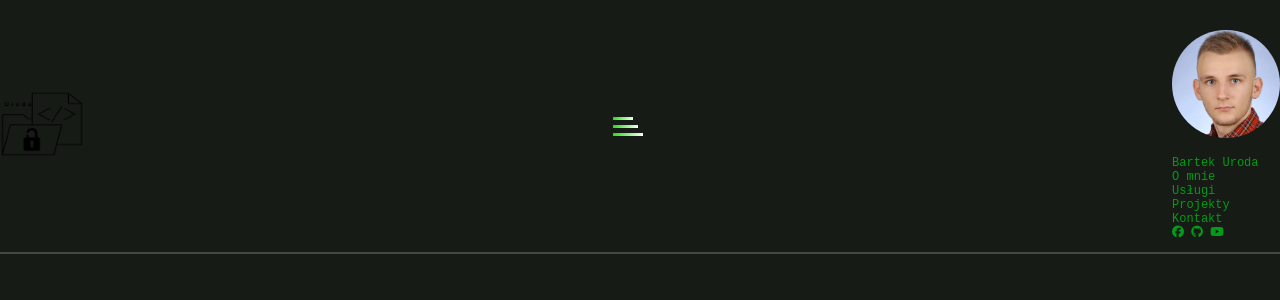
Repository: BartekUroda/portfolio
Page: index.html
An editor plug-in stored every save of this project. The page is shown before and after the next save, followed by the edit.
The browser window is 1280 px wide. The pictures show the whole page.
Some web fonts or font styles are not loaded; a fallback is used. Some web libraries are served in a nearby version.

Above is the page before, as saved 2020-10-26 21:17:05.

### index.html
<!DOCTYPE html>
<html lang="en">
<head>
    <meta charset="UTF-8">
    <meta name="viewport" content="width=device-width, initial-scale=1.0">
    <title>Portfolio-Bartek Uroda</title>
    <link rel="stylesheet" type="text/css" href="css/style.css">
    <script src="js/script.js"></script>
    <link href="https://fonts.googleapis.com/css2?family=Poppins&sfamily=Share+Tech+Mono&display=swap" rel="stylesheet">
    <script src="https://kit.fontawesome.com/056e5c10dc.js" crossorigin="anonymous"></script>
    <link rel="shortcut icon" type="image/x-icon" href="images/favicon.ico" />
</head>
 <body>
    <header>
        <div class="container">
            <nav>
                <div class="nav-brand">
                    <a href="index.html">
                        <img src="images/logo.png" alt="Uroda">
                    </a>
                </div>
                <div class="burger-menu-icon">
                    <div class="line1"></div>
                    <div class="line2"></div>
                    <div class="line3"></div>
                </div>
                <ul class="nav-list">
                    <li class="nav-item">
                      <a href="#landing-page">
                        <img
                          src="images/profile.jpeg"
                          alt="Bartek Uroda"
                          class="profile-pic nav-link"
                        >
                        <span class="caption nav-link">Bartek Uroda</span>
                      </a>
                    </li>
                    <li class="nav-item">
                      <a href="#about" class="nav-link">O mnie</a>
                    </li>
                    <li class="nav-item">
                      <a href="#services" class="nav-link">Usługi</a>
                    </li>
                    <li class="nav-item">
                      <a href="#projects" class="nav-link">Projekty</a>
                    </li>
                    <li class="nav-item">
                      <a href="#contact" class="nav-link">Kontakt</a>
                    </li>
                    <li class="nav-item">
                      <a href="https://www.facebook.com/bartlomiej.uroda.3" target="_blank" class="nav-link">
                        <i class="fab fa-facebook"></i>
                      </a>
                      <a href="https://github.com/Urodii" target="_blank" class="nav-link">
                        <i class="fab fa-github"></i>
                      </a>
                      <a href="https://www.youtube.com/channel/UCzT1h5RNvmbtrmKT5hPjyAg?view_as=subscriber" target="_blank" class="nav-link">
                        <i class="fab fa-youtube"></i>
                      </a>
                    </li>
                  </ul>
            </nav>
        </div>
    </header>
 </body>
</html>

### css/style.css
/* ----------GLOBAL STYLES---------- */
*,
*::before,
*::after {
  margin: 0;
  padding: 0;
  box-sizing: inherit;
}
html {
    font-family: "Share Tech Mono", monospace;
    font-size: 12px;
    box-sizing: border-box;
    scroll-behavior: smooth;
    color: #e7e7e7;
    background: rgb(22, 27, 21);
}

a {
    text-decoration: none;
    color: rgb(3, 155, 23);
}

a:hover {
    color: rgba(249, 105, 14, 1);
}

ul {
    list-style: none;
}

p {
    font-size: 1.4rem;
}

img {
    width: 100%;
    max-width: 100%;
    height: auto;
}
/* ----------HEADER---------- */
header {
    width: 100%;
    height: 5rem;
    position: absolute;
    top: 0;
    left: 0;
    z-index: 1;
}
.contenier {
    width: 100%;
    max-width: 90rem;
    margin: 0 auto;
    padding: 0 1.5rem;
}
.nav-brand {
    width: 7rem;
}
nav {
    width: 100%;
    display: flex;
    align-items: center;
    justify-content: space-between;
    padding: 1rem 0;
    border-bottom: 2px solid rgba(255, 255, 255, .2);
}
.line1 {
    width: 20px;
    height: 3px;
    margin: 5px 0;
    background: linear-gradient(
      135deg,
      rgb(27, 218, 10) 0%,
      rgb(255, 255, 255) 100%
    );
}
.line2 {
    width: 25px;
    height: 3px;
    background: linear-gradient(
      135deg,
      rgb(27, 218, 10) 0%,
      rgb(255, 255, 255) 100%
    );
}
.line3 {
    width: 30px;
    height: 3px;
    margin: 5px 0;
    background: linear-gradient(
      135deg,
      rgb(27, 218, 10) 0%,
      rgb(255, 255, 255) 100%
    );
}
.burger-menu-icon {
    cursor: pointer;
    z-index: 999;
}
.profile-pic {
    height: 9rem;
    width: auto;
    border-radius: 50%;
    display: block;
    margin: 1.5rem 0;
}

Loaded but not shown: js/script.js (no stored copy; drawn as an empty file)

After the next save:
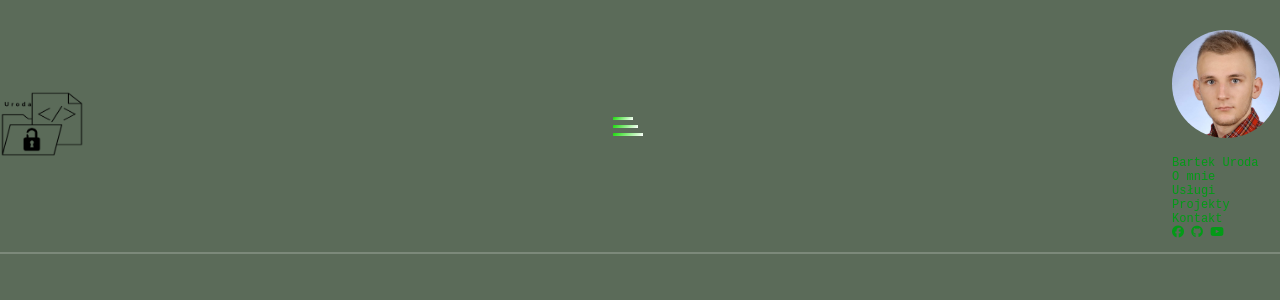
Saved 14 s later.
--- a/css/style.css
+++ b/css/style.css
@@ -12,7 +12,7 @@ html {
     box-sizing: border-box;
     scroll-behavior: smooth;
     color: #e7e7e7;
-    background: rgb(22, 27, 21);
+    background: rgb(91, 107, 89);
 }
 
 a {
